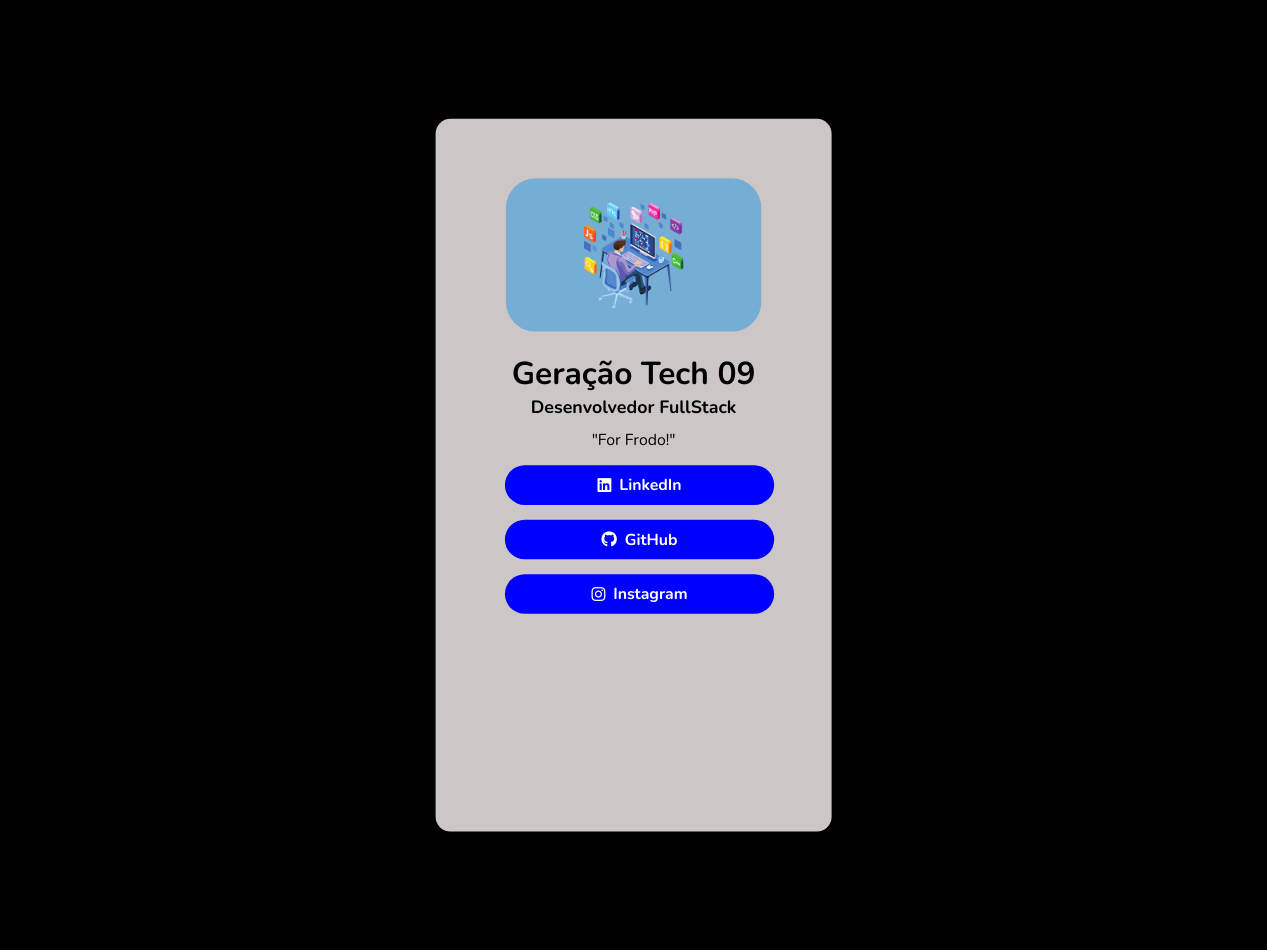
Repository: medeirosregis/linktree-gt09
Page: index.html
The author's editor kept a copy of each file at every save. The page is drawn from the files as they stood at one save, then again after the next save.
The browser window is 1280 px wide. The pictures show the whole page, at 99% of full size.

Above is the page before, as saved 2025-04-11 11:10:56.

After the next save:
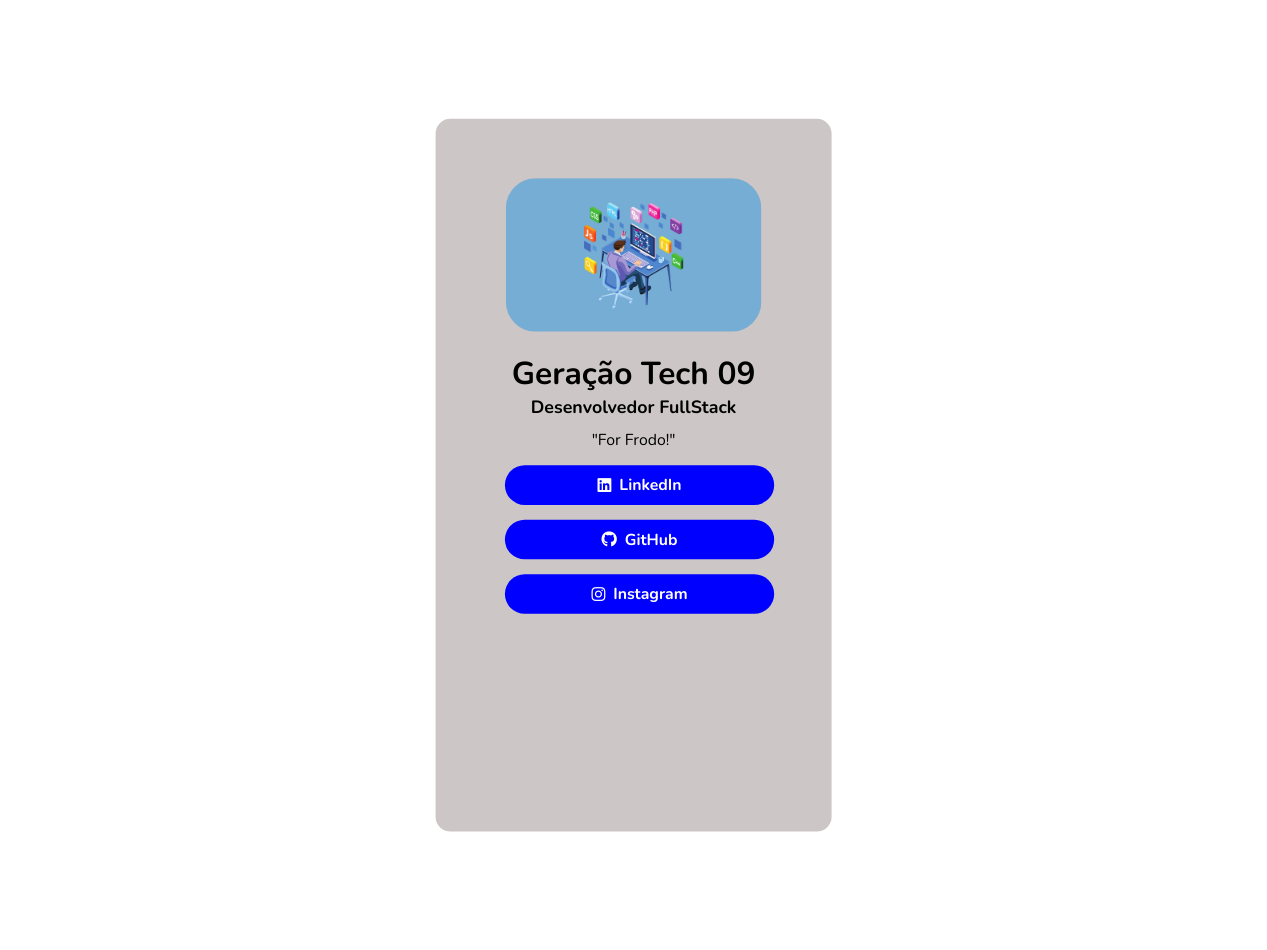
Saved 15 min 30 s later.
--- a/style.css
+++ b/style.css
@@ -7,7 +7,7 @@
 }
 
 body {
-    background-color:rgb(0, 0, 0);
+    background;
 }
 
 .container-main {
